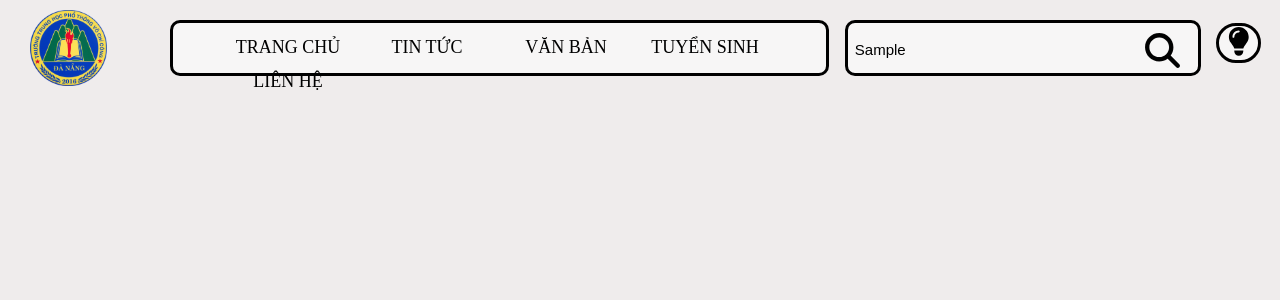
Repository: dphasst17/THPTVCC
Page: admissions/admissions.html
The author's editor kept a copy of each file at every save. The page is drawn from the files as they stood at one save, then again after the next save.
The browser window is 1280 px wide. The pictures show the whole page.
Empty fields were first filled with sample values (such as "Sample", 5 or name@example.com).
After loading, the first visible `#light` was clicked once.

Above is the page before, as saved 2022-10-13 10:15:21.

### admissions/admissions.html
<!DOCTYPE html>
<html lang="en">
<head>
    <meta charset="UTF-8">
    <meta http-equiv="X-UA-Compatible" content="IE=edge">
    <meta name="viewport" content="width=device-width, initial-scale=1.0">
    <script src="https://ajax.googleapis.com/ajax/libs/jquery/3.6.0/jquery.min.js"></script>
    <link rel="stylesheet" href="../index.js">
    <link rel="stylesheet" href="./admissions.css">
    <title>Trường THPT Võ Chí Công</title>
</head>
<body>
    <header>
        <div class="logo">
            <a href="#">
                <img src="../img/logo.png" alt="">
            </a>
        </div>
        <div class="nav">
            <ul>
                <li><a href="../index.html">TRANG CHỦ</a></li>
                <li><a href="../new/new.html">TIN TỨC</a></li>
                <li><a href="../document/document.html">VĂN BẢN</a></li>
                <li><a href="../admissions/admissions.html">TUYỂN SINH</a></li>
                <li><a href="../index.html">LIÊN HỆ</a></li>
            </ul>
        </div>
        <div class="search">
            <input placeholder="Search" spellCheck="false"/>
            <div class="icon-search">
                <svg xmlns="http://www.w3.org/2000/svg" viewBox="0 0 512 512"><path d="M416 208c0 45.9-14.9 88.3-40 122.7L502.6 457.4c12.5 12.5 12.5 32.8 0 45.3s-32.8 12.5-45.3 0L330.7 376c-34.4 25.2-76.8 40-122.7 40C93.1 416 0 322.9 0 208S93.1 0 208 0S416 93.1 416 208zM208 352c79.5 0 144-64.5 144-144s-64.5-144-144-144S64 128.5 64 208s64.5 144 144 144z"strokeWidth="4" stroke="#fff"/></svg>
            </div>
        </div>
        <div class="user">
            <svg xmlns="http://www.w3.org/2000/svg" viewBox="0 0 448 512">
                <path d="M224 256c70.7 0 128-57.3 128-128S294.7 0 224 0S96 57.3 96 128s57.3 128 128 128zm-45.7 48C79.8 304 0 383.8 0 482.3C0 498.7 13.3 512 29.7 512H418.3c16.4 0 29.7-13.3 29.7-29.7C448 383.8 368.2 304 269.7 304H178.3z"/>
            </svg>
            <div class="user_infor">
                <a href="../login.html">Login</a>
            </div>
        </div>
        <div class="dark_mode">
            <div>
                <button id="dark">
                    <svg xmlns="http://www.w3.org/2000/svg" viewBox="0 0 384 512">
                        <path d="M272 384c9.6-31.9 29.5-59.1 49.2-86.2l0 0c5.2-7.1 10.4-14.2 15.4-21.4c19.8-28.5 31.4-63 31.4-100.3C368 78.8 289.2 0 192 0S16 78.8 16 176c0 37.3 11.6 71.9 31.4 100.3c5 7.2 10.2 14.3 15.4 21.4l0 0c19.8 27.1 39.7 54.4 49.2 86.2H272zM192 512c44.2 0 80-35.8 80-80V416H112v16c0 44.2 35.8 80 80 80zM112 176c0 8.8-7.2 16-16 16s-16-7.2-16-16c0-61.9 50.1-112 112-112c8.8 0 16 7.2 16 16s-7.2 16-16 16c-44.2 0-80 35.8-80 80z"/>
                    </svg>
                </button>
            </div>
            <div>
                <button id="light">
                    <svg xmlns="http://www.w3.org/2000/svg" viewBox="0 0 384 512">
                        <path d="M112.1 454.3c0 6.297 1.816 12.44 5.284 17.69l17.14 25.69c5.25 7.875 17.17 14.28 26.64 14.28h61.67c9.438 0 21.36-6.401 26.61-14.28l17.08-25.68c2.938-4.438 5.348-12.37 5.348-17.7L272 415.1h-160L112.1 454.3zM192 0C90.02 .3203 16 82.97 16 175.1c0 44.38 16.44 84.84 43.56 115.8c16.53 18.84 42.34 58.23 52.22 91.45c.0313 .25 .0938 .5166 .125 .7823h160.2c.0313-.2656 .0938-.5166 .125-.7823c9.875-33.22 35.69-72.61 52.22-91.45C351.6 260.8 368 220.4 368 175.1C368 78.8 289.2 .0039 192 0zM288.4 260.1c-15.66 17.85-35.04 46.3-49.05 75.89h-94.61c-14.01-29.59-33.39-58.04-49.04-75.88C75.24 236.8 64 206.1 64 175.1C64 113.3 112.1 48.25 191.1 48C262.6 48 320 105.4 320 175.1C320 206.1 308.8 236.8 288.4 260.1zM176 80C131.9 80 96 115.9 96 160c0 8.844 7.156 16 16 16S128 168.8 128 160c0-26.47 21.53-48 48-48c8.844 0 16-7.148 16-15.99S184.8 80 176 80z"/>
                    </svg>
                </button>
            </div>
        </div>
        <script>
            $(document).ready(function(){
                $('.user').click(function(){
                    $('.user_infor').fadeToggle('user_info')
                })
            })
            $(document).ready(function(){
                $('#dark').click(function(){
                    $('body').css("background-color","rgb(119, 120, 120)")
                    $('.nav, .search, .search>input, .user, #new, #document, #admissions').css("background-color","rgb(103, 102, 102)")
                    $('.notification').css("background-color","#f4f2f2bd")
                    $('h4').css("color","white")
                    $('#dark').css("display","none")
                    $('#light').css("display","block")
                });
                $('#light').click(function(){
                    $('body').css("background-color","rgb(239, 236, 236)")
                    $('.nav, .search, .search>input, .user, .notification, #new, #document, #admissions, #dark').css("background-color","rgb(247, 246, 246)")
                    $('.nav, .search, .user,#dark, .Notification').css("border-style","solid")
                    $('.search>input').css("color","#000")
                    $('h4').css("color","black")
                    $('#light').css("display","none")
                    $('#dark').css("display","block")
                })
            })
        </script>
    </header>
</body>
</html>

### index.js
$(document).ready(function(){
    $('.user').click(function(){
        $('.user_infor').fadeToggle('user_info')
    })
})

/* Dark - Light mode */
$(document).ready(function(){
	$('#dark').click(function(){
    	$('body').css("background-color","rgb(119, 120, 120)")
        $('.nav, .search, .search>input, .user, #new, #document, #admissions').css("background-color","rgb(103, 102, 102)")
        $('.notification').css("background-color","#f4f2f2bd")
        $('h4').css("color","white")
        $('#dark').css("display","none")
        $('#light').css("display","block")
    });
    $('#light').click(function(){
    	$('body').css("background-color","rgb(239, 236, 236)")
        $('.nav, .search, .search>input, .user, .notification, #new, #document, #admissions, #dark').css("background-color","rgb(247, 246, 246)")
        $('.nav, .search, .user,#dark').css("border-style","solid")
        $('.search>input').css("color","#000")
        $('h4').css("color","black")
        $('#light').css("display","none")
        $('#dark').css("display","block")
    })
})

### admissions/admissions.css
html{
    scroll-behavior: smooth;
}
body{
    margin:0;
    text-decoration:none;
    background-color:rgb(119, 120, 120);
}
header{
    width:100%;
    height:100px;
    top:0;
    left:0;
    right:0;
    position:relative;
    z-index: 111;
}
.logo img{
    width:6%;
    margin:10px 30px;
    position:absolute;
}
.nav{
    position:absolute;
    width:51%;
    height:50px;
    background-color:rgb(103, 102, 102);
    border-radius:10px;
    margin:20px 170px;
}
.nav ul li{
    display:inline-block;
    width:120px;
    margin-top:-10%;
    margin-left:15px;
    text-decoration:none;
    line-height: 44px;
    text-align:center;
}
.nav a{
    display:block;
    width:120px;
    height:50px;
    text-decoration:none;
    font-size:18px;
    color:black;
    line-height: 48px;
}
.search{
    width: 350px;
    height: 50px;
    position: absolute;
    background-color: rgb(103, 102, 102);
    margin-left: 66%;
    margin-top:20px;
    border-radius: 10px;
}
.search input{
    width:340px;
    height:40px;
    margin:5px;
    border-style:none;
    background-color:rgb(103, 102, 102);
    color:#fff;
    outline: none;
    font-size:15px;
}
.icon-search{
    position: absolute;
    background-color: transparent;
    border: 0 none;
    width: 10%;
    margin: -12% 85%;
}
.user{
    width:50px;
    height:50px;
    float:right;
    margin:20px 90px;
    border-radius:50px;
    background-color:rgb(103, 102, 102);
}
.user svg{
    width: 60%;
    margin: 5px 10px;
}
.user a{
    color:tan;
    text-decoration:none;
}
.user_infor{
    display:none;
    width:100px;
    height:100px;
    background-color: rgb(103, 102, 102);
    border-radius:10px;
    margin: 10px -25px;
    text-align:center;
}
.user_infor button{
    border:none;
    background-color:rgb(103, 102, 102);
}

#dark{
    width:45px;
    position:absolute;
    border:none;
    background-color:rgb(103, 102, 102);
    display:none;
    margin-top:23px;
    margin-left:95%;
    border-radius:50px;
}
#light{
    width:45px;
    position:absolute;
    border:none;
    background-color:rgb(103, 102, 102);
    display:block;
    margin-top:23px;
    margin-left:95%;
    border-radius:50px;
}
#dark svg{
    width:80%;
}
#light svg{
    width:80%;
}

After the next save:
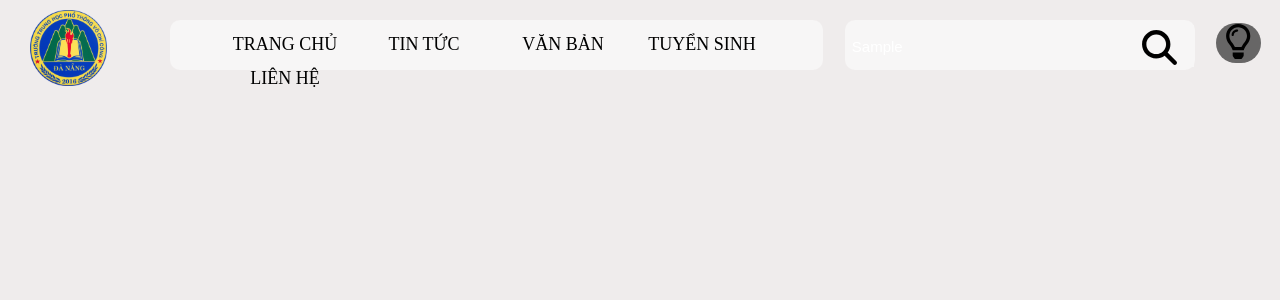
Console error (its wording comes from the project's code and is left out).
Saved 44 s later.
--- a/admissions/admissions.html
+++ b/admissions/admissions.html
@@ -65,15 +65,14 @@
                 $('#dark').click(function(){
                     $('body').css("background-color","rgb(119, 120, 120)")
                     $('.nav, .search, .search>input, .user, #new, #document, #admissions').css("background-color","rgb(103, 102, 102)")
-                    $('.notification').css("background-color","#f4f2f2bd")
                     $('h4').css("color","white")
                     $('#dark').css("display","none")
                     $('#light').css("display","block")
                 });
                 $('#light').click(function(){
                     $('body').css("background-color","rgb(239, 236, 236)")
-                    $('.nav, .search, .search>input, .user, .notification, #new, #document, #admissions, #dark').css("background-color","rgb(247, 246, 246)")
-                    $('.nav, .search, .user,#dark, .Notification').css("border-style","solid")
+                    $('.nav, .search, .search>input, .user, #new, #document, #admissions, #dark').css("background-color","rgb(247, 246, 246)")
+                    $('.nav, .search, .user,#dark,').css("border-style","solid")
                     $('.search>input').css("color","#000")
                     $('h4').css("color","black")
                     $('#light').css("display","none")
--- a/index.js
+++ b/index.js
@@ -17,7 +17,7 @@ $(document).ready(function(){
     $('#light').click(function(){
     	$('body').css("background-color","rgb(239, 236, 236)")
         $('.nav, .search, .search>input, .user, .notification, #new, #document, #admissions, #dark').css("background-color","rgb(247, 246, 246)")
-        $('.nav, .search, .user,#dark').css("border-style","solid")
+        $('.nav, .search, .user,#dark, .notification').css("border-style","solid")
         $('.search>input').css("color","#000")
         $('h4').css("color","black")
         $('#light').css("display","none")
